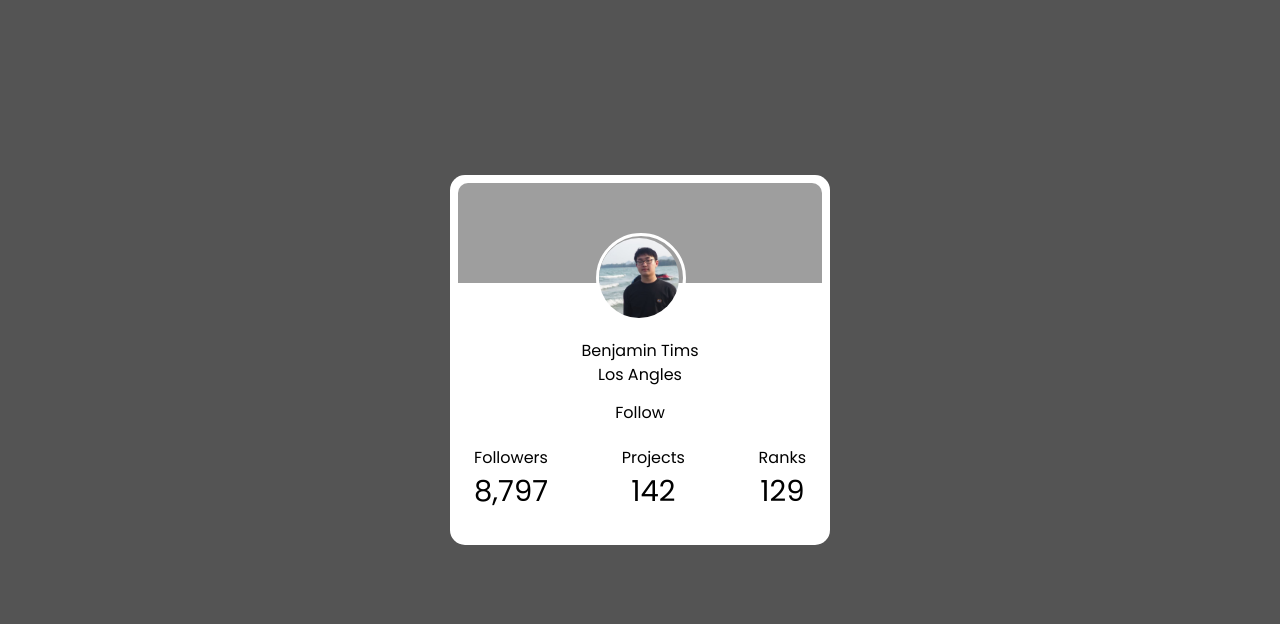
Repository: varotsk137/INT203_62130500080
Page: 62130500080_groupwork_2/myprofile.html
The author's editor kept a copy of each file at every save. The page is drawn from the files as they stood at one save, then again after the next save.
The browser window is 1280 px wide. The pictures show the whole page.
Pictures or frames that could not be fetched are drawn as grey boxes.

Above is the page before, as saved 2021-02-03 10:53:41.

After the next save:
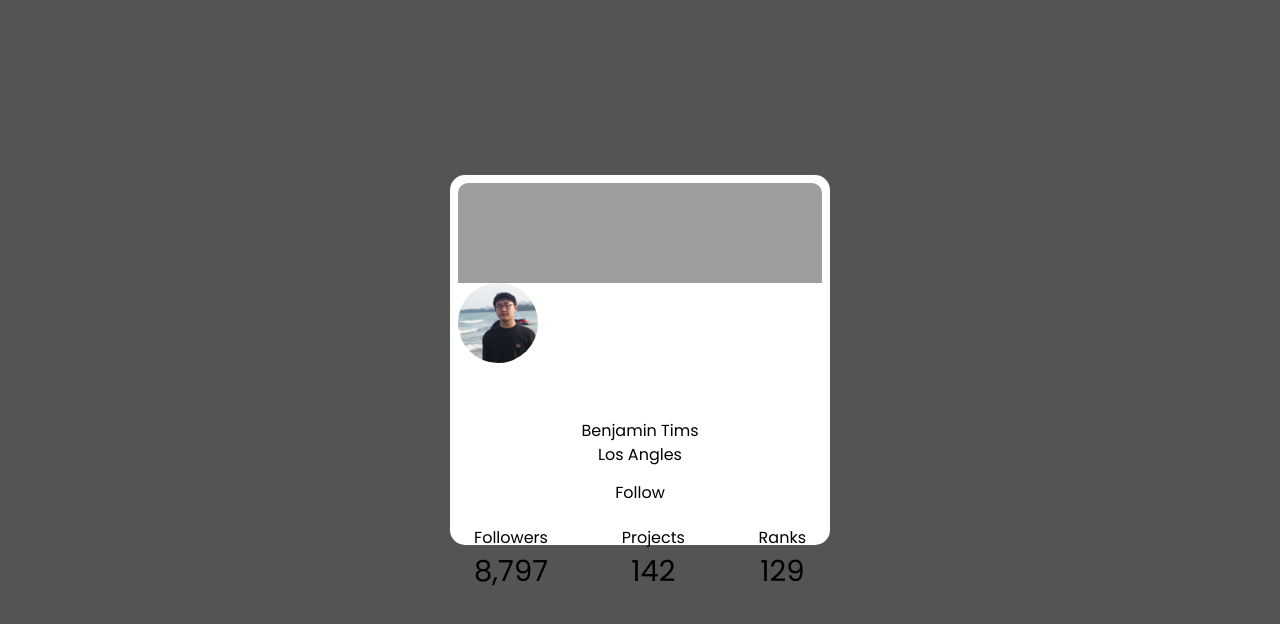
Saved 80 s later.
--- a/62130500080_groupwork_2/myprofile.html
+++ b/62130500080_groupwork_2/myprofile.html
@@ -89,7 +89,7 @@
     <div class="card">
       <div class="upper"> <img :src="bg" class="h-full"> </div>
       <div class="user text-center justify-center">
-        <div class="profile"> <img :src="me" class="rounded-full" width="80"> </div>
+        <div class=""> <img :src="me" class="rounded-full" width="80"> </div>
       </div>
       <div class="mt-14 text-center">
         <h4 class="mb-0">Benjamin Tims</h4> <span class="text-muted block mb-2">Los Angles</span> <button

After the save that followed:
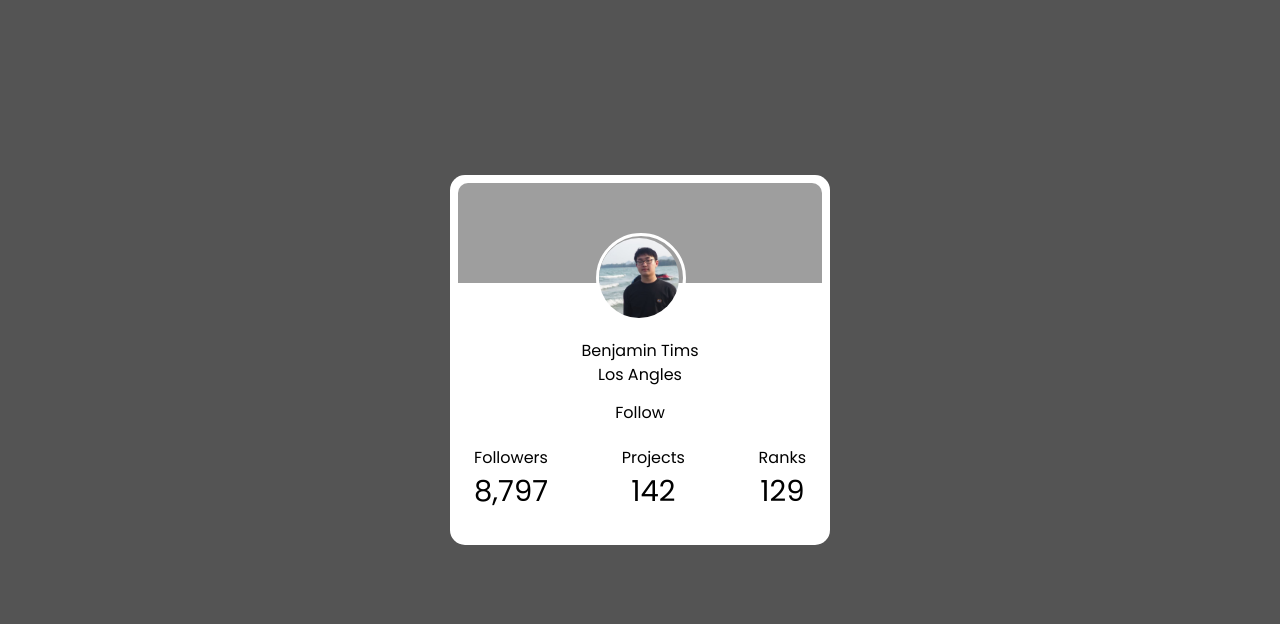
Saved 5 s later.
--- a/62130500080_groupwork_2/myprofile.html
+++ b/62130500080_groupwork_2/myprofile.html
@@ -89,7 +89,7 @@
     <div class="card">
       <div class="upper"> <img :src="bg" class="h-full"> </div>
       <div class="user text-center justify-center">
-        <div class=""> <img :src="me" class="rounded-full" width="80"> </div>
+        <div class="profile"> <img :src="me" class="rounded-full" width="80"> </div>
       </div>
       <div class="mt-14 text-center">
         <h4 class="mb-0">Benjamin Tims</h4> <span class="text-muted block mb-2">Los Angles</span> <button
